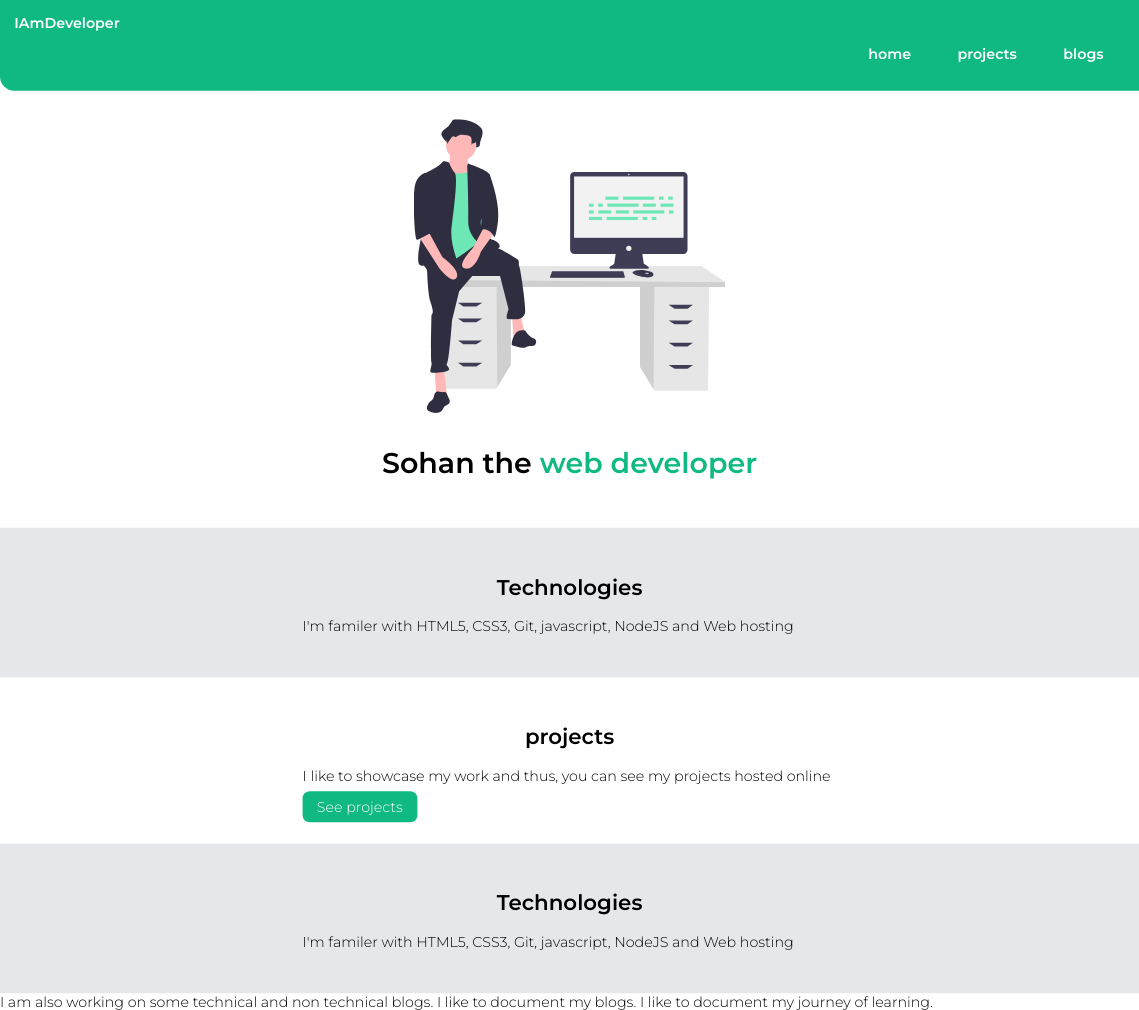
Repository: sohan2503001/Portfolio
Page: index.html
The author's editor kept a copy of each file at every save. The page is drawn from the files as they stood at one save, then again after the next save.
The browser window is 1280 px wide. The pictures show the whole page, at 89% of full size.

Above is the page before, as saved 2021-03-27 19:03:53.

After the next save:
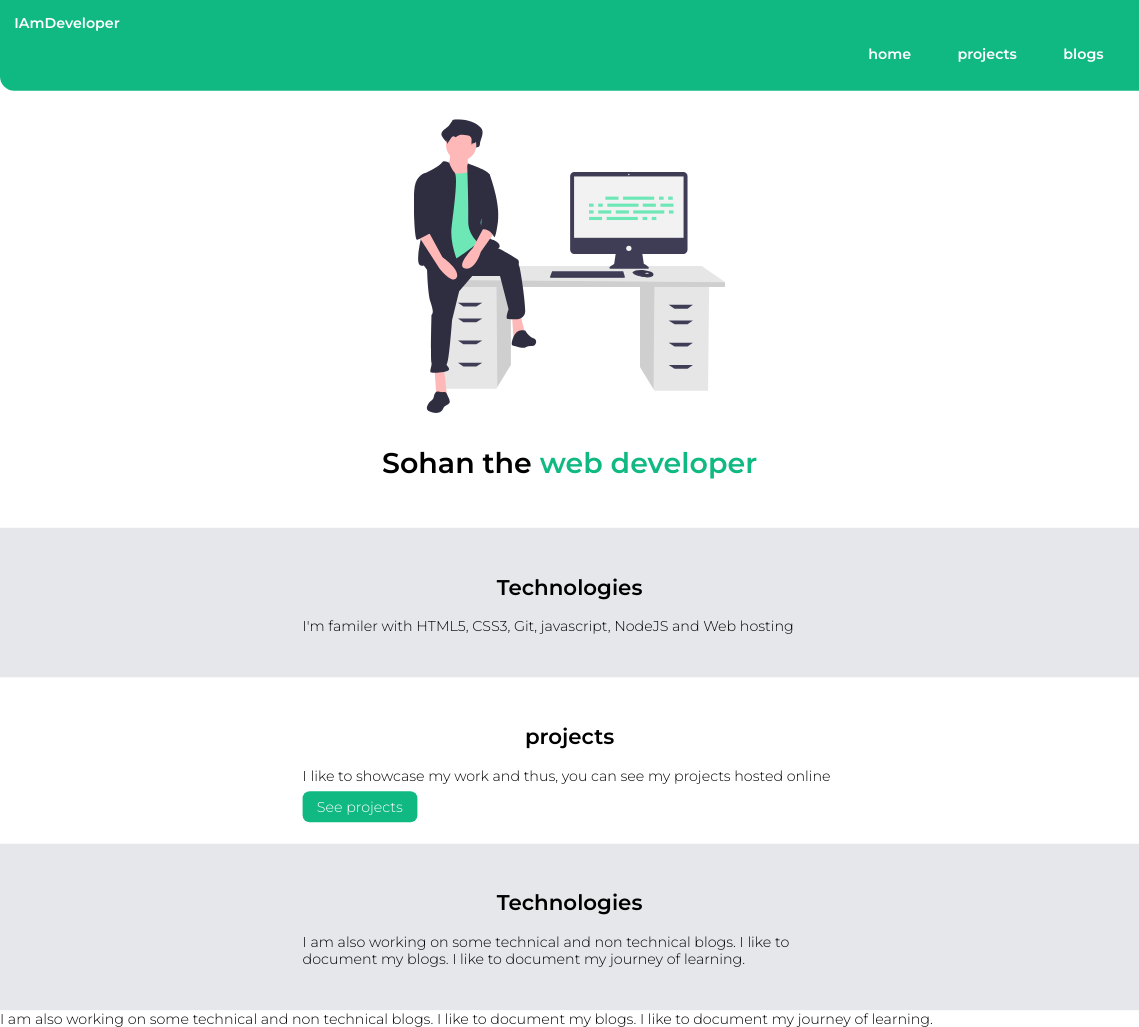
Saved 9 s later.
--- a/index.html
+++ b/index.html
@@ -46,7 +46,9 @@
     <section class="section ow">
         <div class="container container-center">
             <h1>Technologies</h1>
-            <p>I'm familer with HTML5, CSS3, Git, javascript, NodeJS and Web hosting</p>
+            <p>I am also working on some technical and non technical blogs.
+                I like to document my blogs. I like to document
+                my journey of learning.</p>
         </div>
     </section>
     I am also working on some technical and non technical blogs.
